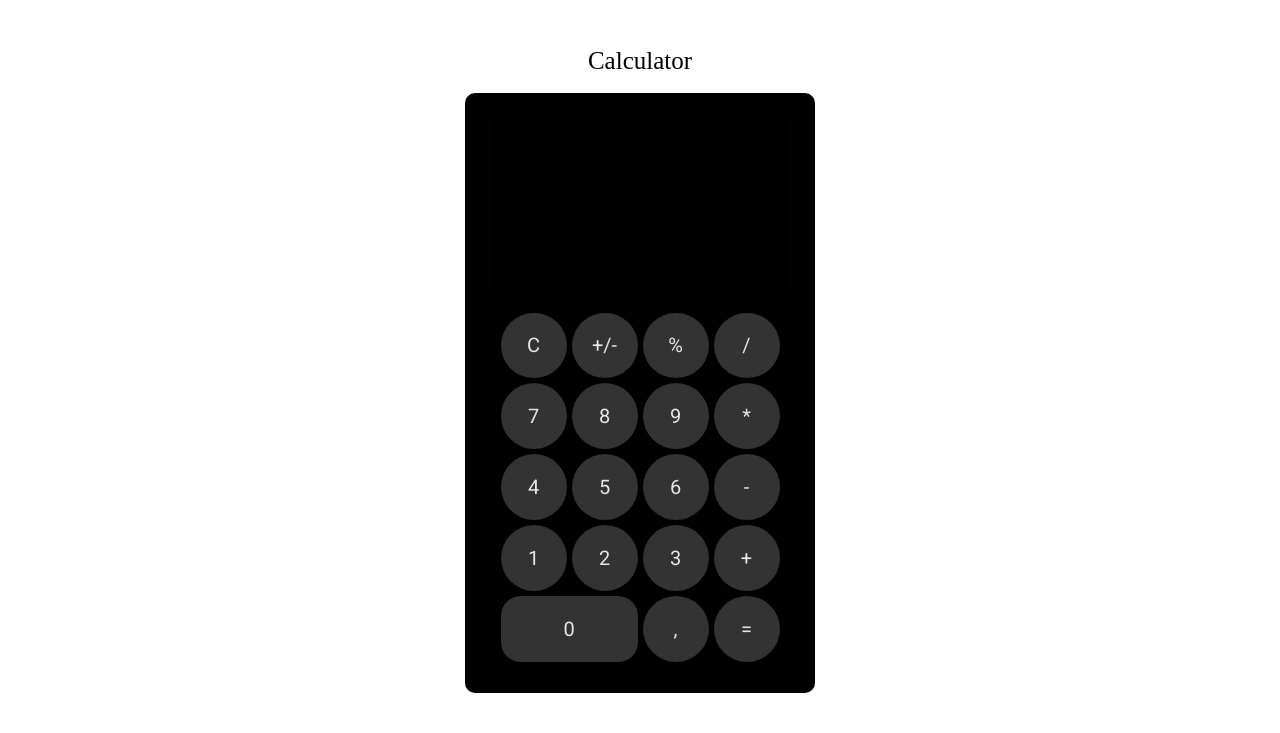
Repository: Gibon9/SimpleCalc
Page: index.html
The author's editor kept a copy of each file at every save. The page is drawn from the files as they stood at one save, then again after the next save.
The browser window is 1280 px wide. The pictures show the whole page.
Some web fonts or font styles are not loaded; a fallback is used.

Above is the page before, as saved 2020-11-27 19:35:26.

After the next save:
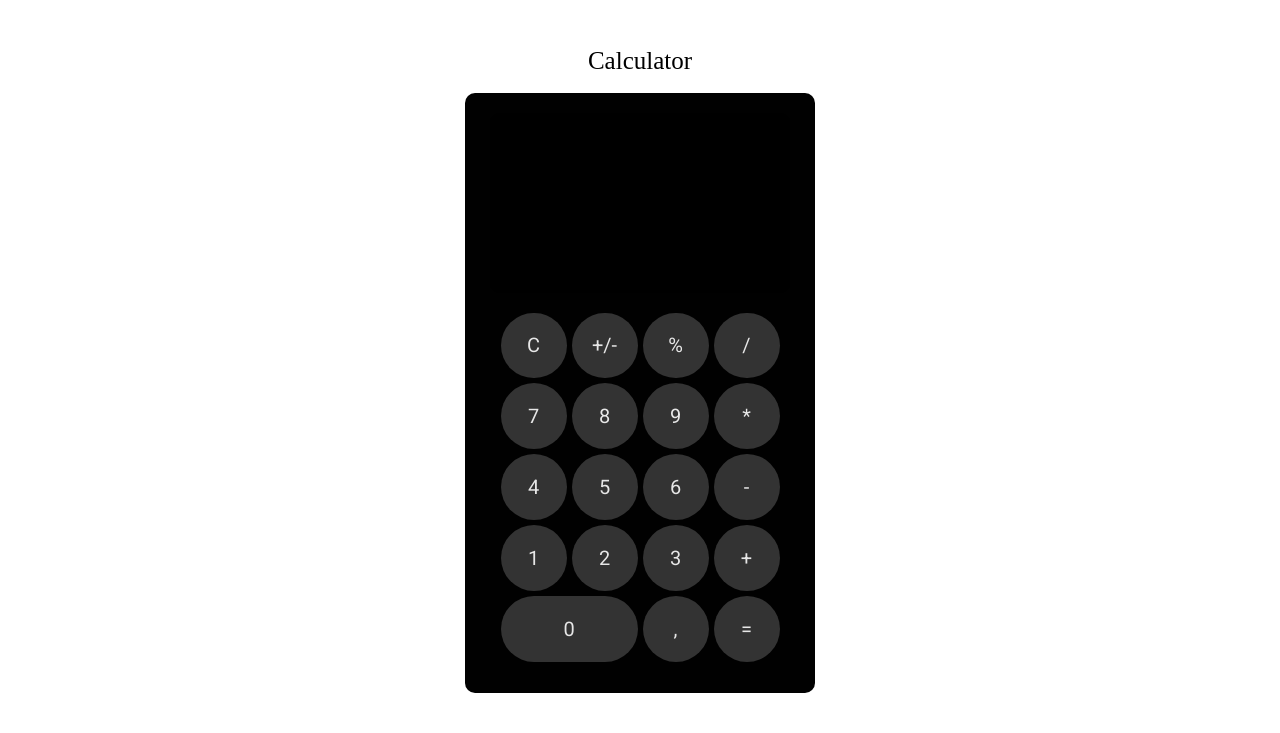
Saved 12 s later.
--- a/style/style.css
+++ b/style/style.css
@@ -148,7 +148,7 @@
 .zero-btn {
   grid-column: 2/6;
   grid-row: 9/11;
-  border-radius: 20px;
+  border-radius: 50px;
 }
 
 .coma-btn {
